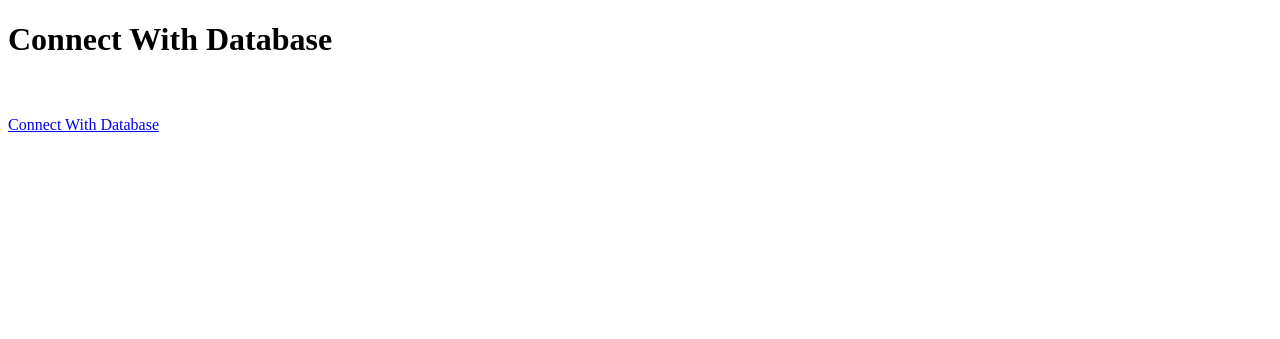
Repository: nspandey/Phase-2
Page: CRUDOperationsJDBC/src/main/webapp/index.html
These files come from the project's save history. The page is drawn as it stood at one moment and after the next save; the edit follows.
The browser window is 1280 px wide. The pictures show the whole page.

Above is the page before, as saved 2023-02-06 14:57:41.

After the next save:
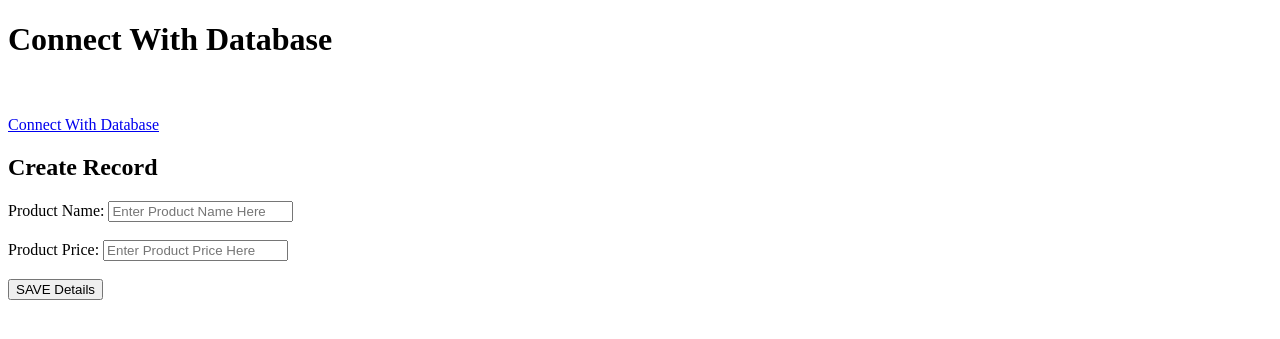
Saved 92 s later.
--- a/CRUDOperationsJDBC/src/main/webapp/index.html
+++ b/CRUDOperationsJDBC/src/main/webapp/index.html
@@ -14,5 +14,18 @@
 
 <a href="connect">Connect With Database</a>
 
+<br>
+
+<h2>Create Record</h2>
+
+<form action="save" method="post">
+
+Product Name: <input type="text" name="pname" placeholder="Enter Product Name Here"><br><br>
+
+Product Price: <input type="text" name="pprice" placeholder="Enter Product Price Here"><br><br>
+
+<input type="submit" value="SAVE Details">
+</form>
+
 </body>
 </html>
